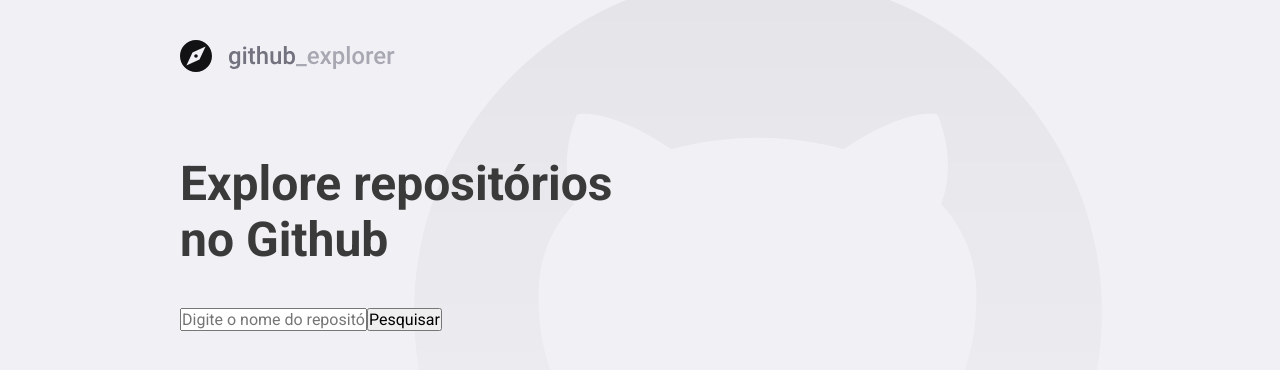
Repository: ramonmjr/projeto-repositorios-git-react
Page: /
The author's editor kept a copy of each file at every save. The page is drawn from the files as they stood at one save, then again after the next save.
The browser window is 1280 px wide. The pictures show the whole page.
The project was rebuilt for these pictures with package versions that can differ from the ones it lists, and the page was loaded fresh each time. A package was used in the major version that the imports need, not the one package.json lists. Also part of the build but not shown: src/pages/Repository/index.tsx.

Above is the page before, as saved 2020-10-21 16:47:38.

### public/index.html
<!DOCTYPE html>
<html lang="en">

<head>
  <meta charset="utf-8" />
  <link rel="icon" href="%PUBLIC_URL%/favicon.ico" />
  <meta name="viewport" content="width=device-width, initial-scale=1" />
  <meta name="theme-color" content="#3A3A3A" />

  <title>Github Explorer</title>
  <link href="https://fonts.googleapis.com/css2?family=Roboto:wght@400;700&display=swap" rel="stylesheet">
</head>

<body>
  <noscript>You need to enable JavaScript to run this app.</noscript>
  <div id="root"></div>
</body>

</html>

### src/App.tsx
import React from 'react';
import { BrowserRouter } from 'react-router-dom';
import GlobalStyle from './styles/global';

import Routes from './routes';

const App: React.FC = () => (
  <>
    <BrowserRouter>
      <Routes />
    </BrowserRouter>
    <GlobalStyle />
  </>
);

export default App;

### src/styles/global.ts
import { createGlobalStyle } from 'styled-components';
import githubBackground from '../assets/github-background.svg';

export default createGlobalStyle`
* {
  margin: 0;
  padding: 0;
  outline: 0;
  box-sizing: border-box;
}
body {
  background: #f0f0f5 url(${githubBackground}) no-repeat 70% top;
  -webkit-font-smoothing: antialiased;
}

body, input, button {
  font: 16px Roboto, sans-serif;
}

#root {
  max-width: 960px;
  margin: 0 auto;
  padding: 40px 20px;
}

button {
  cursor: pointer;
}
`;

### src/pages/Dashboard/index.tsx
import React from 'react';
import { Title, Form } from './styles';
import logoImg from '../../assets/logo.svg';

const Dashboard: React.FC = () => (
  <>
    <img src={logoImg} alt="Github Explorer" />
    <Title>Explore repositórios no Github</Title>
    <Form>
      <input placeholder="Digite o nome do repositório" />
      <button type="submit">Pesquisar</button>
    </Form>
  </>
);

export default Dashboard;

### src/pages/Dashboard/styles.ts
import styled from 'styled-components';

export const Title = styled.h1`
  font-size: 48px;
  max-width: 450px;
  color: #3a3a3a;
  margin-top: 80px;
  line-height: 56px;
`;

export const Form = styled.form`
  margin-top: 40px;
  max-width: 700px;
  display: flex;
`;

Loaded but not shown: src/index.tsx (common file); src/routes/index.tsx (common file)

After the next save:
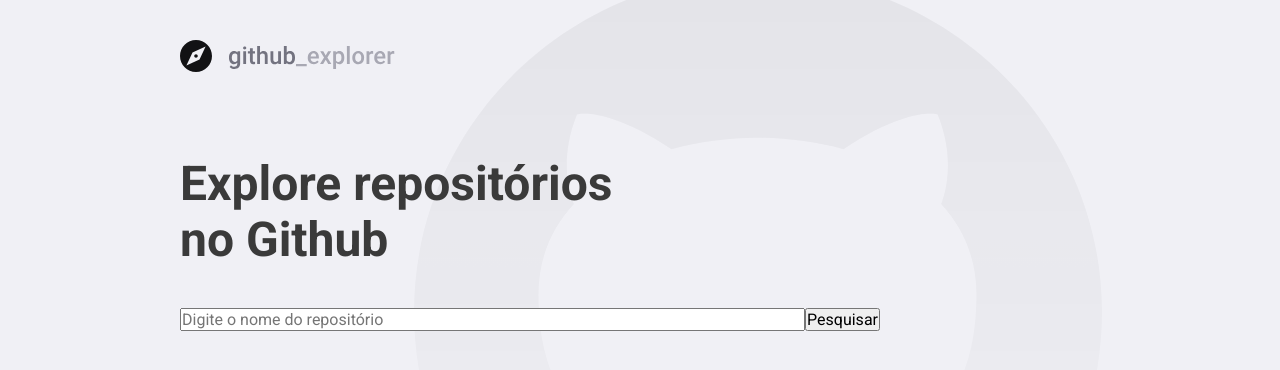
Saved 73 s later.
--- a/src/pages/Dashboard/styles.ts
+++ b/src/pages/Dashboard/styles.ts
@@ -12,4 +12,8 @@
   margin-top: 40px;
   max-width: 700px;
   display: flex;
+
+  input {
+    flex: 1;
+  }
 `;
